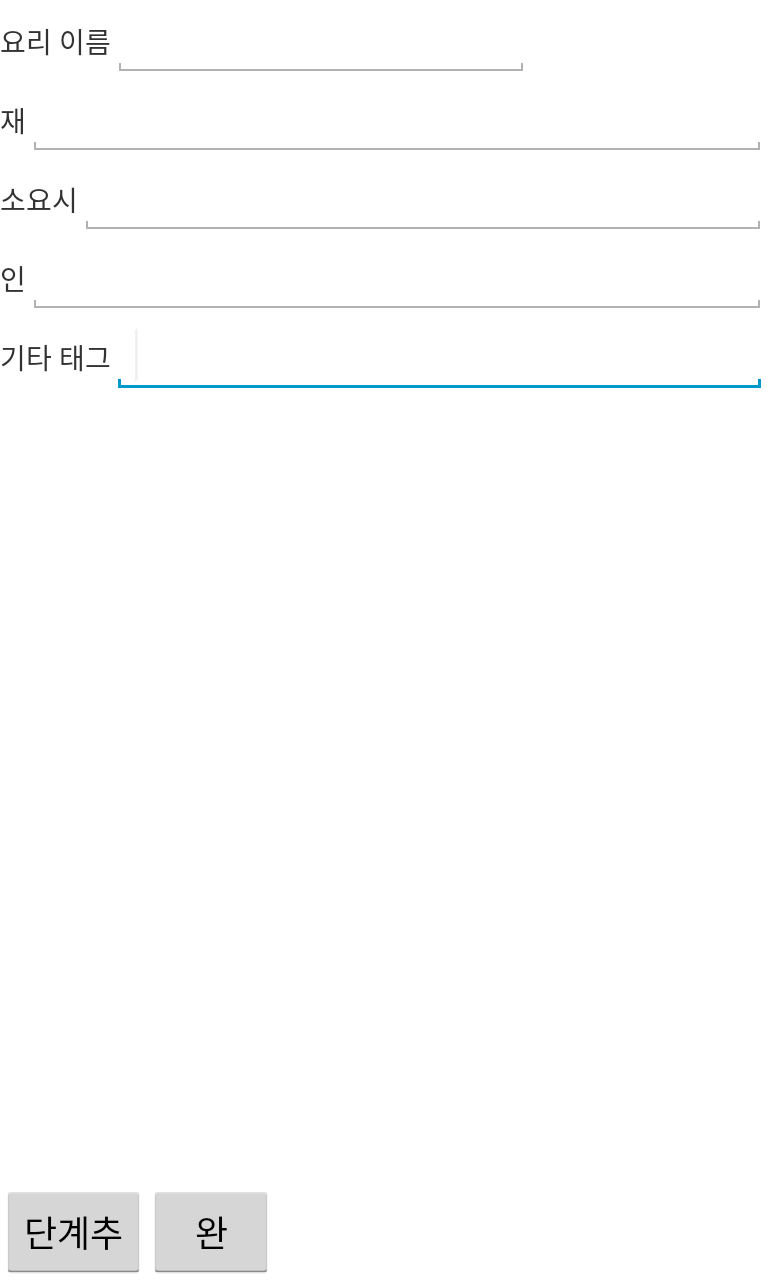
Repository: lay126/fuding_wewe
Layout: fuding_android/FudingAndroid/res/layout/fragment_addposting.xml
An editor plug-in stored every save of this project. The layout is shown before and after the next save, followed by the edit.
It is drawn on a 768 x 1280 px phone screen (xhdpi) without system bars, with theme AppTheme; the app's code is not run.

Above is the layout before, as saved 2015-07-21 08:06:17.

### fuding_android/FudingAndroid/res/layout/fragment_addposting.xml
<?xml version="1.0" encoding="utf-8"?>
<LinearLayout xmlns:android="http://schemas.android.com/apk/res/android"
    android:layout_width="match_parent"
    android:layout_height="match_parent"
    android:orientation="vertical" >

    <LinearLayout
        android:id="@+id/LinearLayout1"
        android:layout_width="match_parent"
        android:layout_height="wrap_content"
        android:orientation="vertical" >

        <LinearLayout
            android:layout_width="match_parent"
            android:layout_height="wrap_content" >

            <TextView
                android:layout_width="wrap_content"
                android:layout_height="wrap_content"
                android:text="요리 이름" />

            <EditText
                android:id="@+id/edit_title"
                android:layout_width="wrap_content"
                android:layout_height="wrap_content"
                android:ems="10" >

                <requestFocus />
            </EditText>

        </LinearLayout>

        <LinearLayout
            android:layout_width="match_parent"
            android:layout_height="wrap_content" >

            <TextView
                android:layout_width="wrap_content"
                android:layout_height="wrap_content"
                android:text="재" />

            <EditText
                android:id="@+id/edit_ingredient"
                android:layout_width="wrap_content"
                android:layout_height="wrap_content"
                android:layout_weight="1"
                android:ems="10" >

                <requestFocus />
            </EditText>

        </LinearLayout>
        <LinearLayout
            android:layout_width="match_parent"
            android:layout_height="wrap_content" >

            <TextView
                android:id="@+id/textView1"
                android:layout_width="wrap_content"
                android:layout_height="wrap_content"
                android:text="소요시" />

            <EditText
                android:id="@+id/edit_time"
                android:layout_width="wrap_content"
                android:layout_height="wrap_content"
                android:layout_weight="1"
                android:ems="10" >

                <requestFocus />
            </EditText>

        </LinearLayout>
        <LinearLayout
            android:layout_width="match_parent"
            android:layout_height="wrap_content" >

            <TextView
                android:layout_width="wrap_content"
                android:layout_height="wrap_content"
                android:text="인" />

            <EditText
                android:id="@+id/edit_amount"
                android:layout_width="wrap_content"
                android:layout_height="wrap_content"
                android:layout_weight="1"
                android:ems="10" >

                <requestFocus />
            </EditText>

        </LinearLayout>
        <LinearLayout
            android:layout_width="match_parent"
            android:layout_height="wrap_content" >

            <TextView
                android:layout_width="wrap_content"
                android:layout_height="wrap_content"
                android:text="기타 태그" />

            <EditText
                android:id="@+id/edit_tag"
                android:layout_width="wrap_content"
                android:layout_height="wrap_content"
                android:layout_weight="1"
                android:ems="10" >

                <requestFocus />
            </EditText>

        </LinearLayout>

    </LinearLayout>

    <RelativeLayout
        android:layout_width="match_parent"
        android:layout_height="match_parent" >

        <Button
            android:id="@+id/button1"
            android:layout_width="wrap_content"
            android:layout_height="wrap_content"
            android:layout_alignParentBottom="true"
            android:layout_alignParentLeft="true"
            android:text="단계추" />

        <Button
            android:id="@+id/button2"
            android:layout_width="wrap_content"
            android:layout_height="wrap_content"
            android:layout_alignParentBottom="true"
            android:layout_toRightOf="@+id/button1"
            android:text="완" />

    </RelativeLayout>

</LinearLayout>

Loaded but not shown: fuding_android/FudingAndroid/res/values/styles.xml (common file); fuding_android/FudingAndroid/res/values-v11/styles.xml (common file); fuding_android/FudingAndroid/res/values-v14/styles.xml (common file)

After the next save:
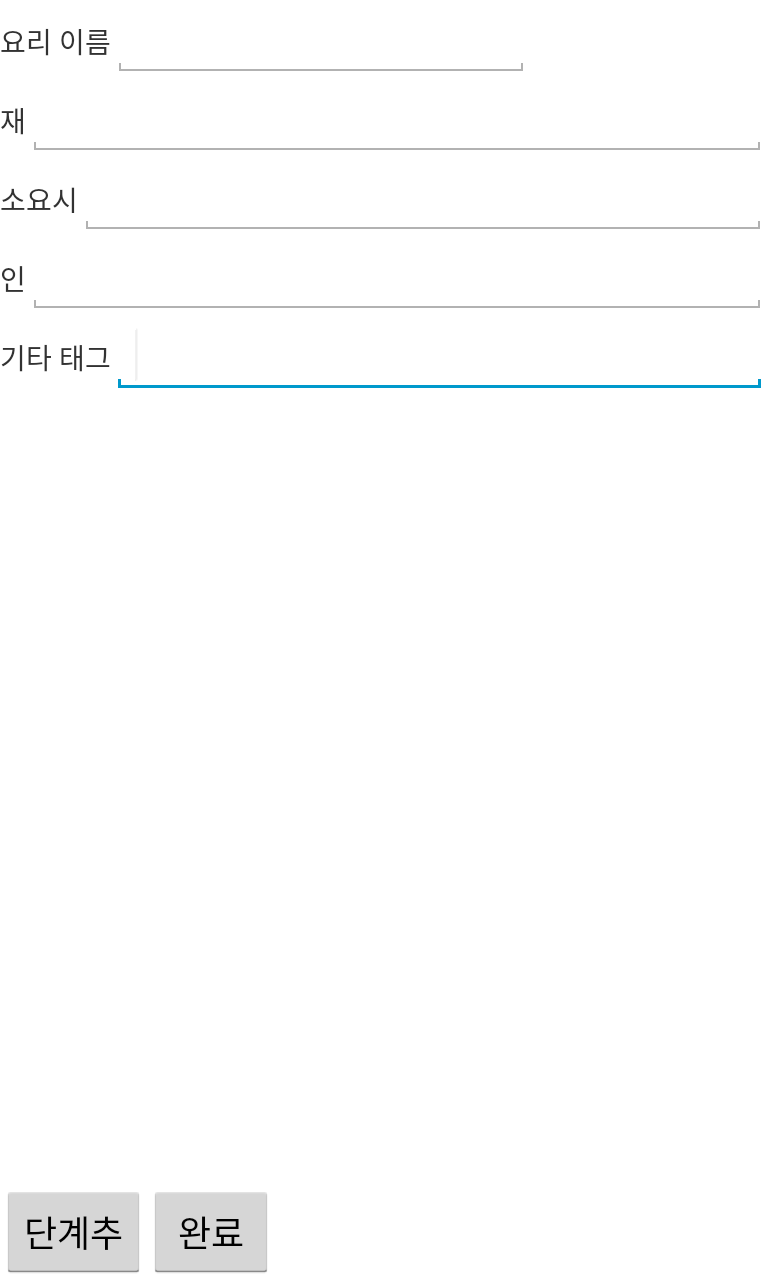
Saved 6 s later.
--- a/fuding_android/FudingAndroid/res/layout/fragment_addposting.xml
+++ b/fuding_android/FudingAndroid/res/layout/fragment_addposting.xml
@@ -132,7 +132,7 @@
             android:layout_height="wrap_content"
             android:layout_alignParentBottom="true"
             android:layout_toRightOf="@+id/button1"
-            android:text="완" />
+            android:text="완료" />
 
     </RelativeLayout>
 
